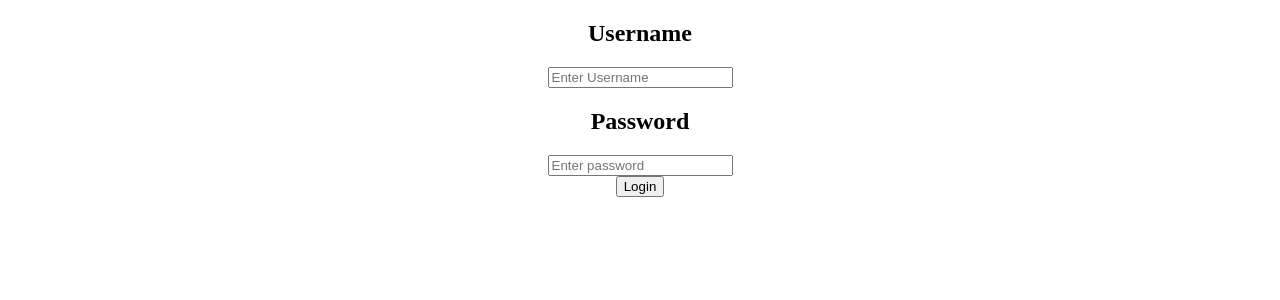
Repository: Avi7050/Web-Projects
Page: Login_Project/src/main/webapp/index.html
An editor plug-in stored every save of this project. The page is shown before and after the next save, followed by the edit.
The browser window is 1280 px wide. The pictures show the whole page.

Above is the page before, as saved 2024-01-10 11:59:59.

After the next save:
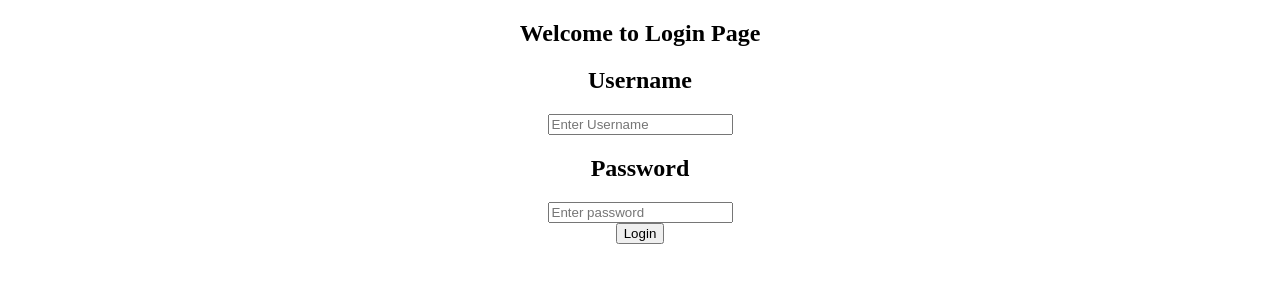
Saved 3 min 0 s later.
--- a/Login_Project/src/main/webapp/index.html
+++ b/Login_Project/src/main/webapp/index.html
@@ -4,12 +4,20 @@
 	<meta charset="UTF-8">
 	<title>Login Project</title>
 </head>
-	<body><div style="text-align: center;">
-		<h2>Username </h2>
-		<input type="text" name="userName" placeholder="Enter Username"/><br>
-		<h2>Password </h2>
-		<input type="password" name="password" placeholder="Enter password"/><br>
-		<button>Login</button>
+<body>
+		<header>
+			<div style="text-align: center;">
+				<h2>Welcome to Login Page</h2>
+			</div>
+		</header>
+	<main>
+		<div style="text-align: center;">
+			<h2>Username </h2>
+			<input type="text" name="userName" placeholder="Enter Username"/><br>
+			<h2>Password </h2>
+			<input type="password" name="password" placeholder="Enter password"/><br>
+			<button>Login</button>
 		</div>
-	</body>
+	</main>
+</body>
 </html>
